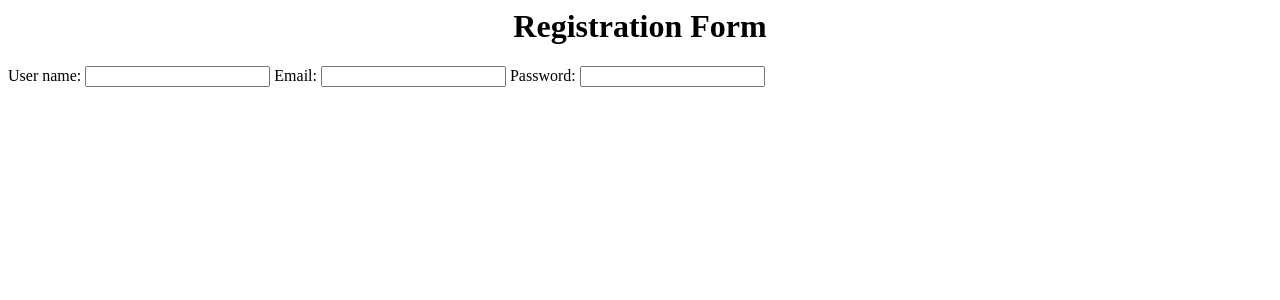
Repository: shiv-30/Spring-Boot-Projects
Page: springsecurity/src/main/resources/static/login.html
These files come from the project's save history. The page is drawn as it stood at one moment and after the next save; the edit follows.
The browser window is 1280 px wide. The pictures show the whole page.

Above is the page before, as saved 2022-08-11 06:41:44.

### springsecurity/src/main/resources/static/login.html
<!doctype>
<html>
	<head>
		<title>Registration</title>
	</head>
	<body>
		<h1 style="text-align:center;">Registration Form</h1>
		<form method="POST" action="">
			User name: <input name="username" type="text" required>
			Email: <input name="email" type="email" required>
			Password: <input name="password" type="password" required>

		</form>
	</body>
</html>

After the next save:
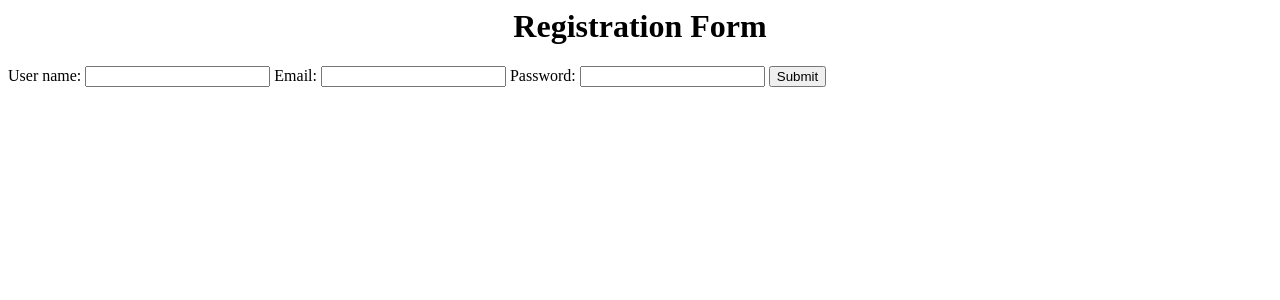
Saved 10 s later.
--- a/springsecurity/src/main/resources/static/login.html
+++ b/springsecurity/src/main/resources/static/login.html
@@ -9,7 +9,7 @@
 			User name: <input name="username" type="text" required>
 			Email: <input name="email" type="email" required>
 			Password: <input name="password" type="password" required>
-
+			<button type="submit">Submit</button>
 		</form>
 	</body>
 </html>
